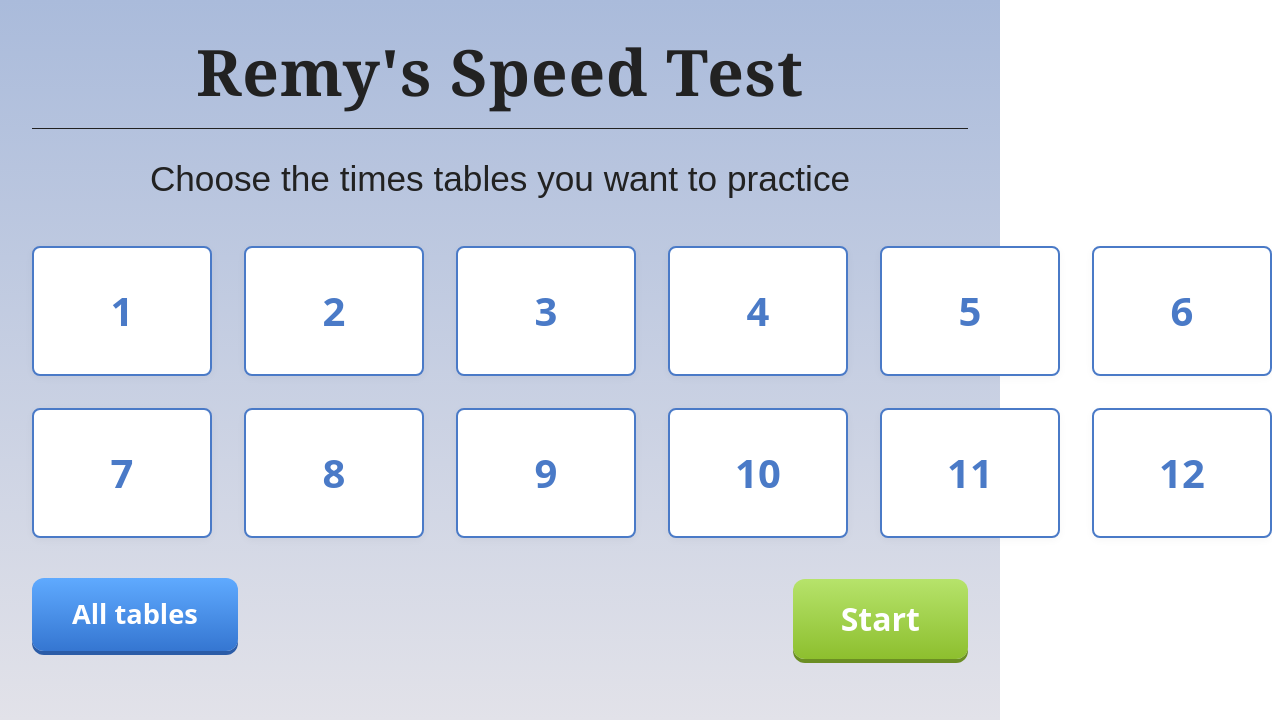
Repository: Chinurum-Omenuko/remys-speed-test
Page: / (app in app/)
An editor plug-in stored every save of this project. The page is shown before and after the next save, followed by the edit.
The browser window is 1000 px wide. The page is 1272 px wide, then 1000 px, so the pictures cover 1272 px, including what lies to the right of the window. The pictures show the whole page.
The project was rebuilt for these pictures with package versions that can differ from the ones it lists, and the page was loaded fresh each time. The framework's server and built-in components were replaced by stand-ins that run in the browser. Also part of the build but not shown: app/svelte.config.js, app/vite.config.ts.

Above is the page before, as saved 2025-11-17 10:11:46.

After the next save:
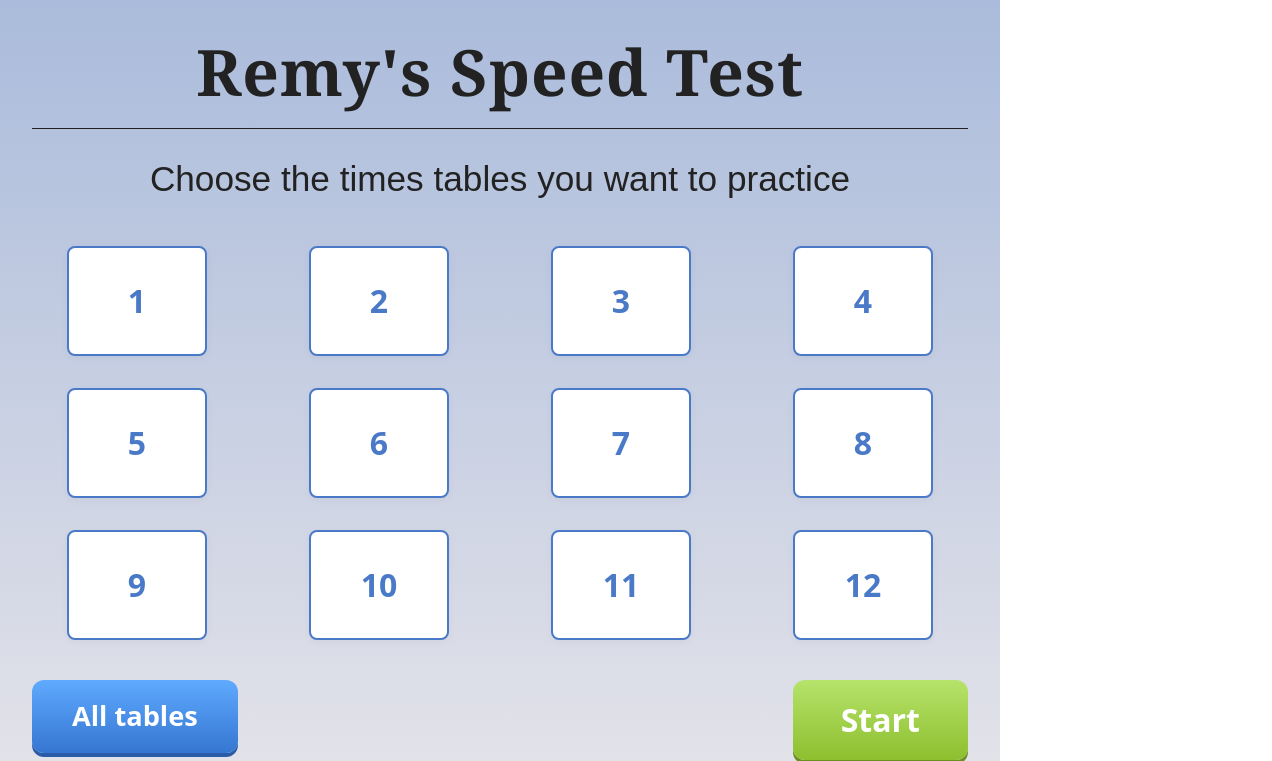
Saved 69 s later.
--- a/app/src/routes/+page.svelte
+++ b/app/src/routes/+page.svelte
@@ -177,7 +177,21 @@
 	}
 
 	/* 768px: tablet portrait */
-	@media (min-width: 768px) {}
+	@media (min-width: 768px) {
+		.tables-grid {
+			grid-template-columns: repeat(3, 1fr);
+		}
+		.table-btn {
+			width: 100px;
+			height: 80px;
+			font-size: 1.5rem;
+		}
+		.actions {
+			flex-direction: column;
+			align-items: stretch;
+			gap: 2rem;
+		}
+	}
 
 	/* 1024px: tablet landscape / small laptop */
 	@media (min-width: 1024px) {}
@@ -187,4 +201,21 @@
 
 	/* 1536px: large desktop */
 	@media (min-width: 1536px) {}
+
+
+	@media (min-width: 800px) and (max-width: 1000px) {
+		.tables-grid {
+			grid-template-columns: repeat(4, 1fr);
+		}
+		.table-btn {
+			width: 140px;
+			height: 110px;
+			font-size: 2rem;
+		}
+		.actions {
+			flex-direction: row;
+			align-items: center;
+			gap: 1rem;
+		}
+	}
 </style>
